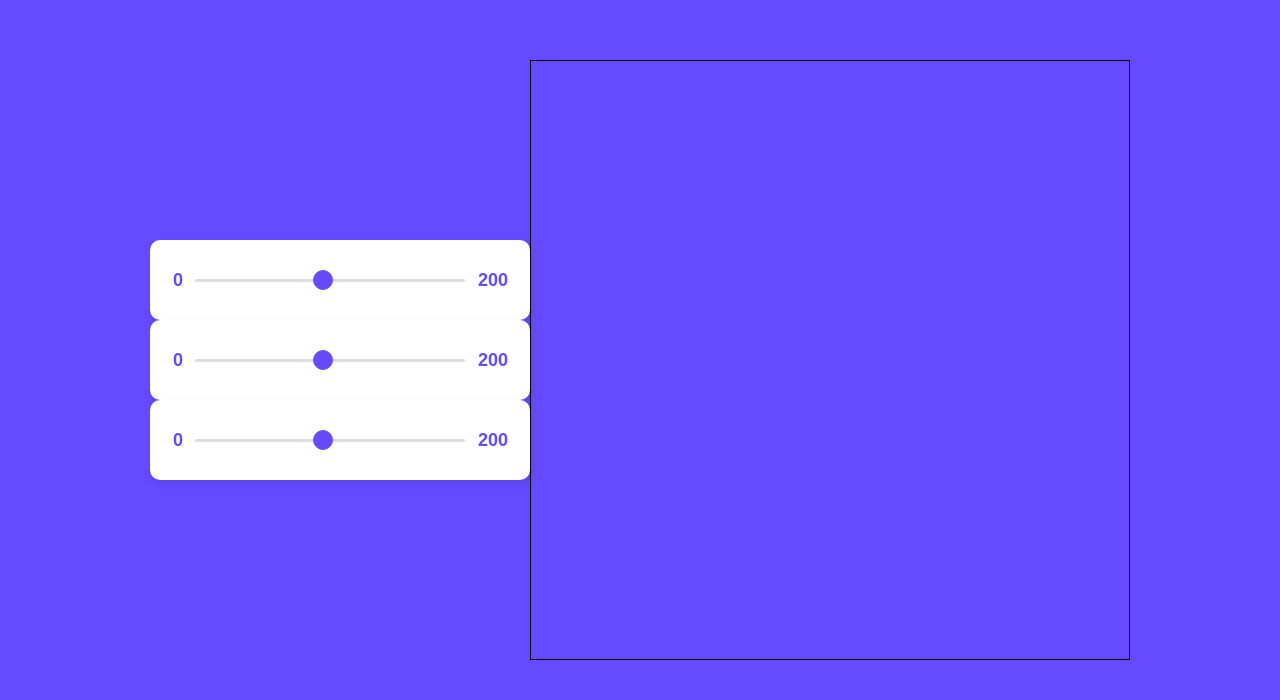
Repository: Minkeani/Money-Manager
Page: /
The author's editor kept a copy of each file at every save. The page is drawn from the files as they stood at one save, then again after the next save.
The browser window is 1280 px wide. The pictures show the whole page.
The project was rebuilt for these pictures with package versions that can differ from the ones it lists, and the page was loaded fresh each time.

Above is the page before, as saved 2022-07-11 20:10:50.

After the next save:
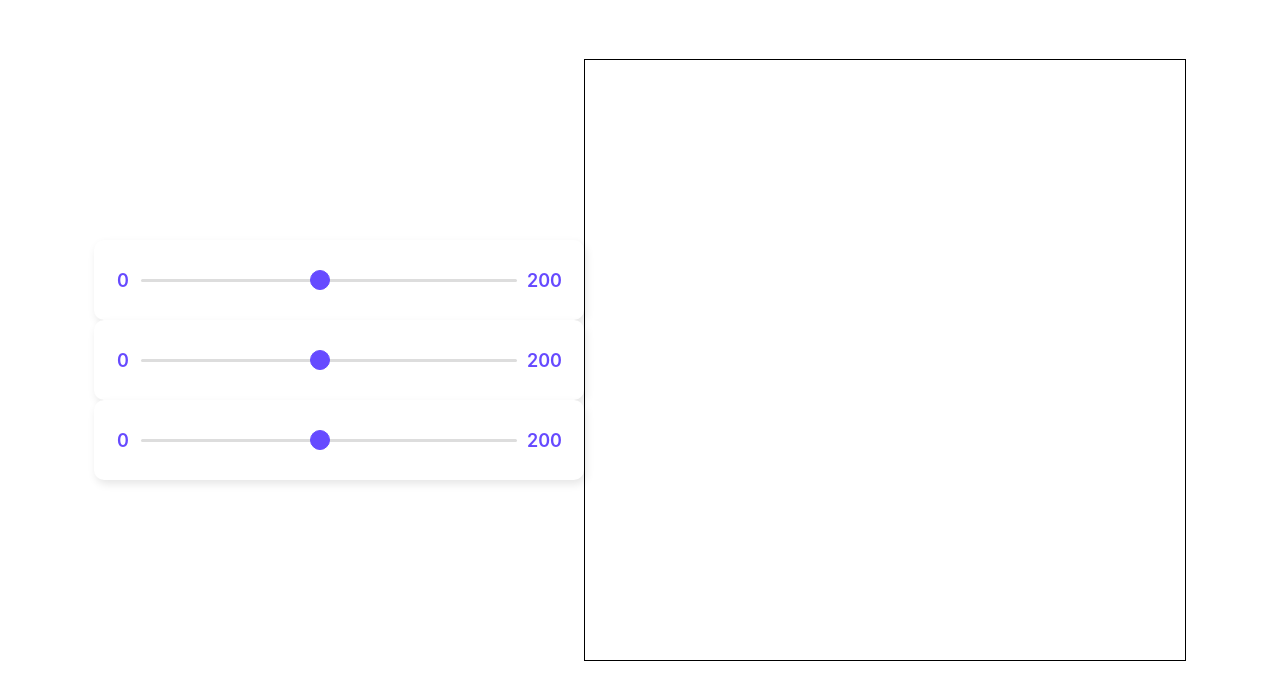
Saved 97 s later.
--- a/src/components/Ui/Range.module.css
+++ b/src/components/Ui/Range.module.css
@@ -1,16 +1,3 @@
-*{
-    margin: 0;
-    padding: 0;
-    box-sizing: border-box;
-    font-family: 'Poppins', sans-serif;
-  }
-  html,body{
-    display: grid;
-    height: 100%;
-    text-align: center;
-    place-items: center;
-    background: #664AFF;
-  }
   .range{
     height: 80px;
     width: 380px;
@@ -103,6 +90,3 @@
     border: 1px solid #664AFF;
     cursor: pointer;
   }
-  .range input::-moz-range-progress{
-    background: #664AFF; //this progress background is only shown on Firefox
-  }
